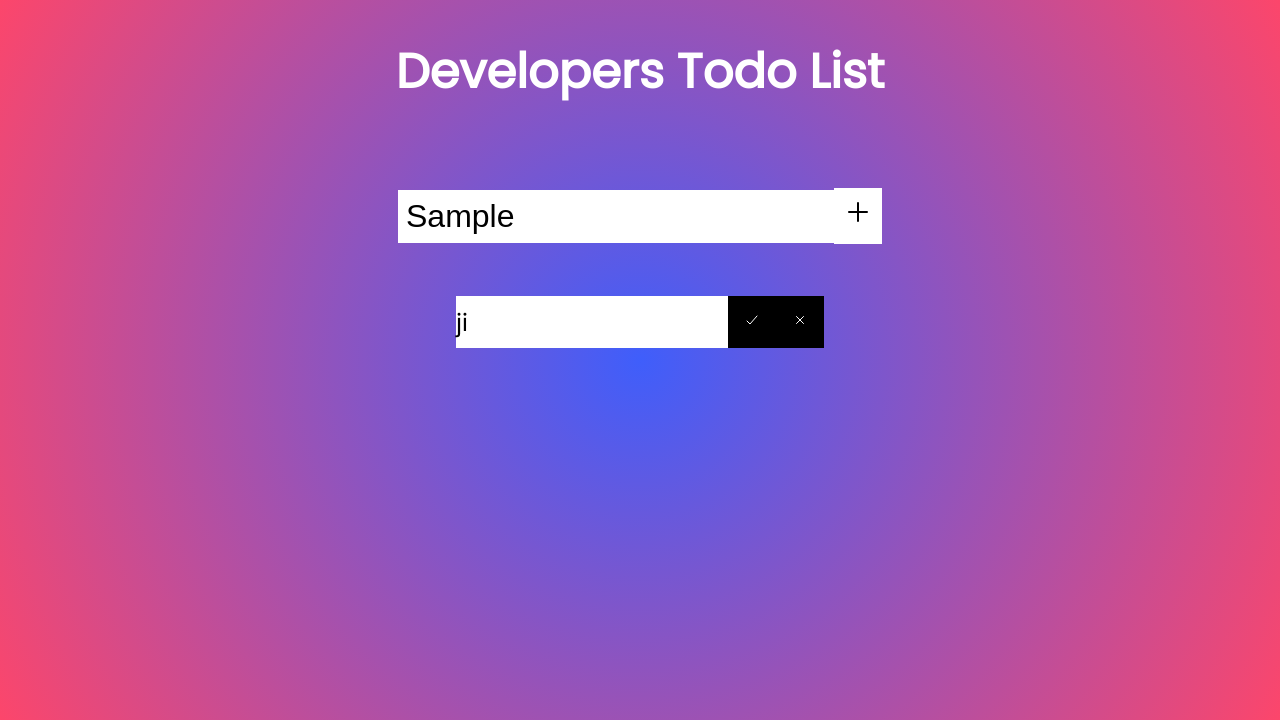
Repository: DevAntonioRogers/Vanilla-TodoList
Page: index.html
These files come from the project's save history. The page is drawn as it stood at one moment and after the next save; the edit follows.
The browser window is 1280 px wide. The pictures show the whole page.
Empty fields were first filled with sample values (such as "Sample", 5 or name@example.com).
After loading, the first visible `button.todo-button` was clicked once.

Above is the page before, as saved 2023-05-12 00:20:00.

### index.html
<!DOCTYPE html>
<html lang="en">
  <head>
    <meta charset="UTF-8" />
    <meta http-equiv="X-UA-Compatible" content="IE=edge" />
    <meta name="viewport" content="width=device-width, initial-scale=1.0" />
    <link rel="preconnect" href="https://fonts.googleapis.com" />
    <link rel="preconnect" href="https://fonts.gstatic.com" crossorigin />
    <link href="https://fonts.googleapis.com/css2?family=Poppins&display=swap" rel="stylesheet" />
    <link rel="stylesheet" href="style.css" />
    <title>To-do</title>
  </head>
  <body>
    <header>
      <h1>Developers Todo List</h1>
    </header>
    <form action="">
      <input type="text" class="todo-input" />
      <button class="todo-button">
        <ion-icon name="add-outline"></ion-icon>
      </button>
    </form>

    <div class="todo-container">
      <ul class="todo-list"></ul>
    </div>

    <script type="module" src="https://unpkg.com/ionicons@7.1.0/dist/ionicons/ionicons.esm.js"></script>
    <script nomodule src="https://unpkg.com/ionicons@7.1.0/dist/ionicons/ionicons.js"></script>
    <script src="app.js"></script>
  </body>
</html>

### style.css
* {
  padding: 0;
  box-sizing: border-box;
  margin: 0;
}

body {
  background: rgb(63, 94, 251);
  background: radial-gradient(circle, rgba(63, 94, 251, 1) 0%, rgba(252, 70, 107, 1) 100%);
  color: white;
  font-family: "Poppins", sans-serif;
  min-height: 100vh;
}

header {
  font-size: 1.5rem;
}

header,
form {
  min-height: 20vh;
  display: flex;
  align-items: center;
  justify-content: center;
}

form input,
form button {
  padding: 0.5rem;
  font-size: 2rem;
  background-color: white;
  border: none;
}

form button {
  color: black;
  cursor: pointer;
  background-color: white;
}

.todo-container {
  display: flex;
  justify-content: center;
  align-items: center;
}

.todo-list {
  min-width: 30%;
  list-style: none;
}

.todo {
  margin: 0.5rem;
  background-color: white;
  color: black;
  font-size: 1.5rem;
  display: flex;
  justify-content: space-between;
  align-items: center;
}

.todo li {
  flex: 1;
}

.delete-btn,
.complete-btn {
  background-color: black;
  color: white;
  border: none;
  padding: 1rem;
  cursor: pointer;
  font-size: 1rem;
}

.complete-btn{
  ba
}

### app.js
const todoInput = document.querySelector('.todo-input')
const todoButton = document.querySelector('.todo-button')
const todoList = document.querySelector('.todo-list')

todoButton.addEventListener('click', (e) => {
  e.preventDefault()
  const todoDiv = document.createElement('div')
  todoDiv.classList.add('todo')
  const newTodo = document.createElement('li')
  newTodo.innerText = 'ji'
  newTodo.classList.add('todo-item')
  todoDiv.appendChild(newTodo)
  console.log(newTodo)

  const completedButton = document.createElement('button')
  completedButton.innerHTML = '<ion-icon name="checkmark-outline"></ion-icon>'
  completedButton.classList.add('complete-btn')
  todoDiv.appendChild(completedButton)

  const deleteButton = document.createElement('button')
  deleteButton.innerHTML = '<ion-icon name="close-outline"></ion-icon>'
  deleteButton.classList.add('delete-btn')
  todoDiv.appendChild(deleteButton)

  todoList.appendChild(todoDiv)
})

After the next save:
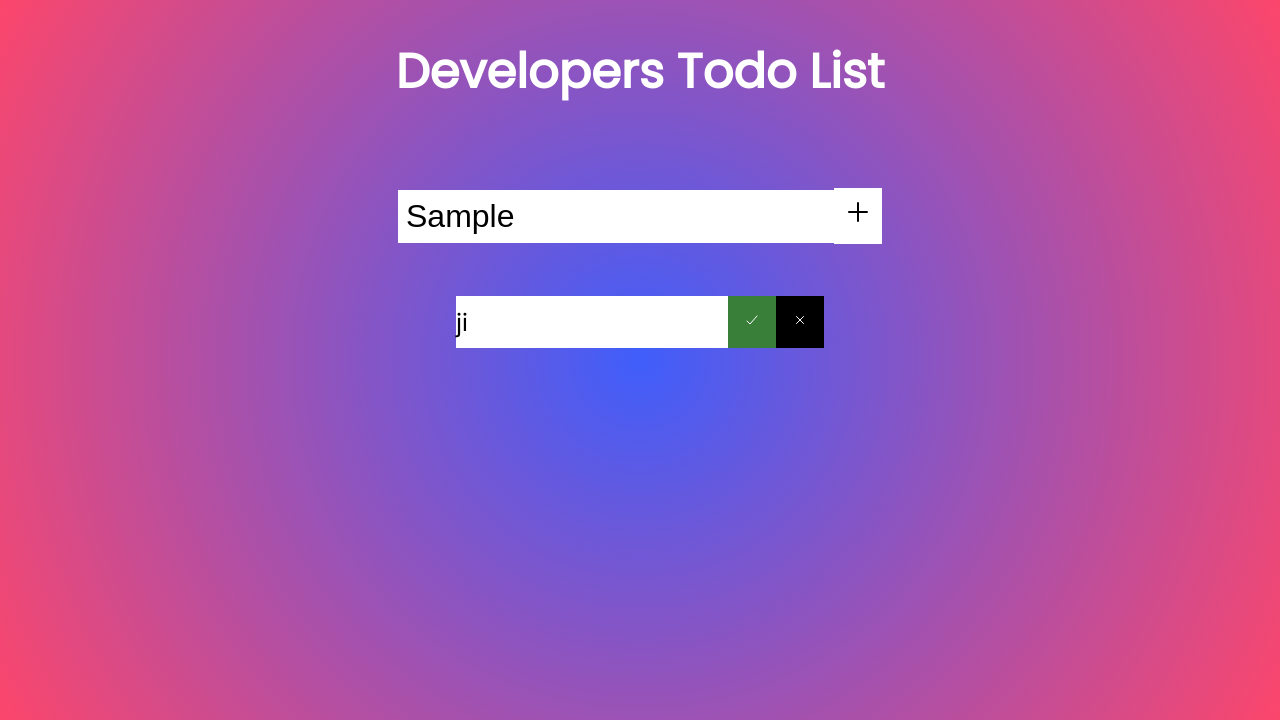
Saved 66 s later.
--- a/style.css
+++ b/style.css
@@ -73,6 +73,6 @@ form button {
   font-size: 1rem;
 }
 
-.complete-btn{
-  ba
+.complete-btn {
+  background-color: rgb(57, 127, 57);
 }
